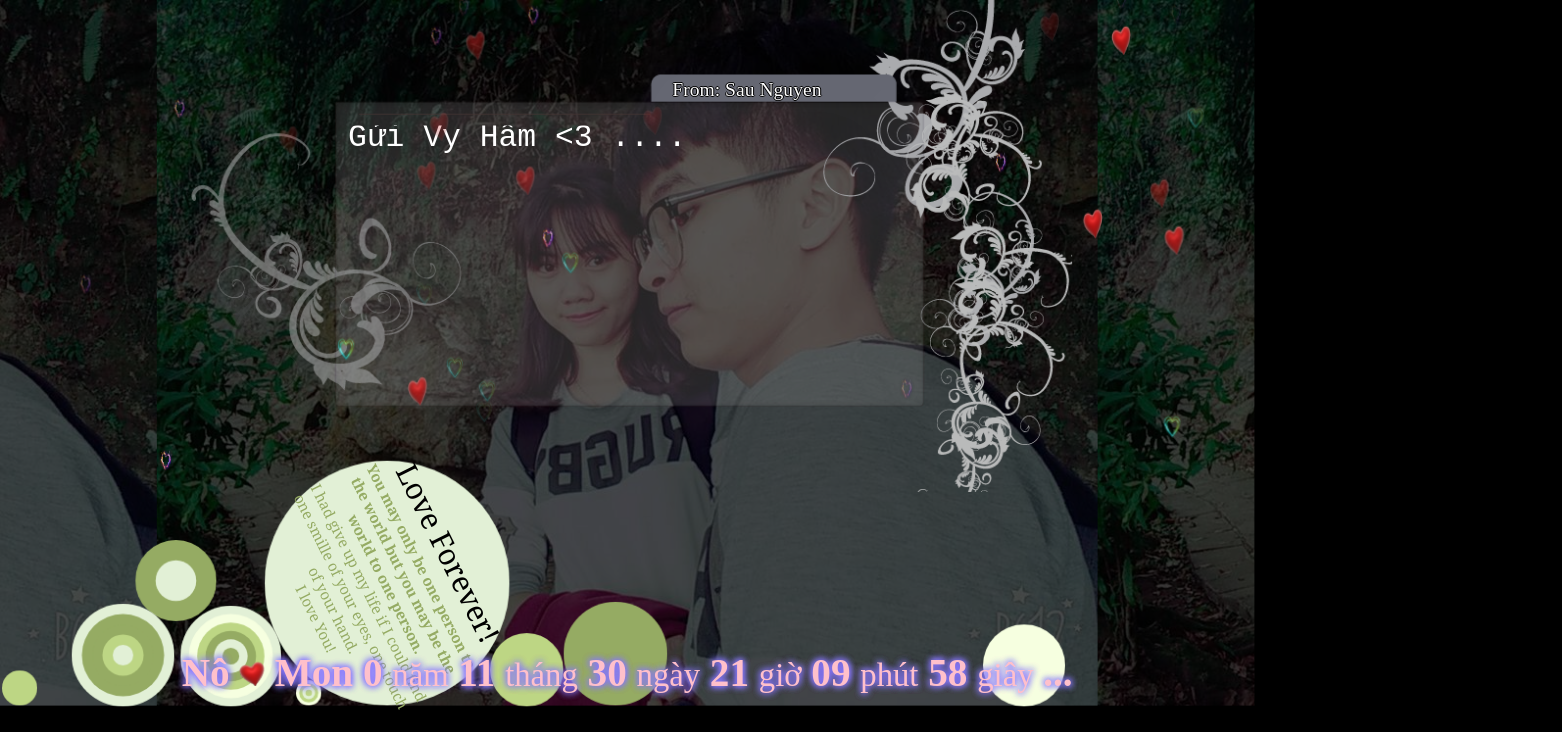
Repository: saunptit97/hpbdmon
Page: index.html
These files come from the project's save history. The page is drawn as it stood at one moment and after the next save; the edit follows.
The browser window is 1280 px wide. The page is 1594 px wide, so the pictures cover 1594 px, including what lies to the right of the window. The pictures show the whole page, at 98% of full size.

Above is the page before, as saved 2022-11-12 20:34:48.
Console error: TypeError: $(...).play is not a function

After the next save:
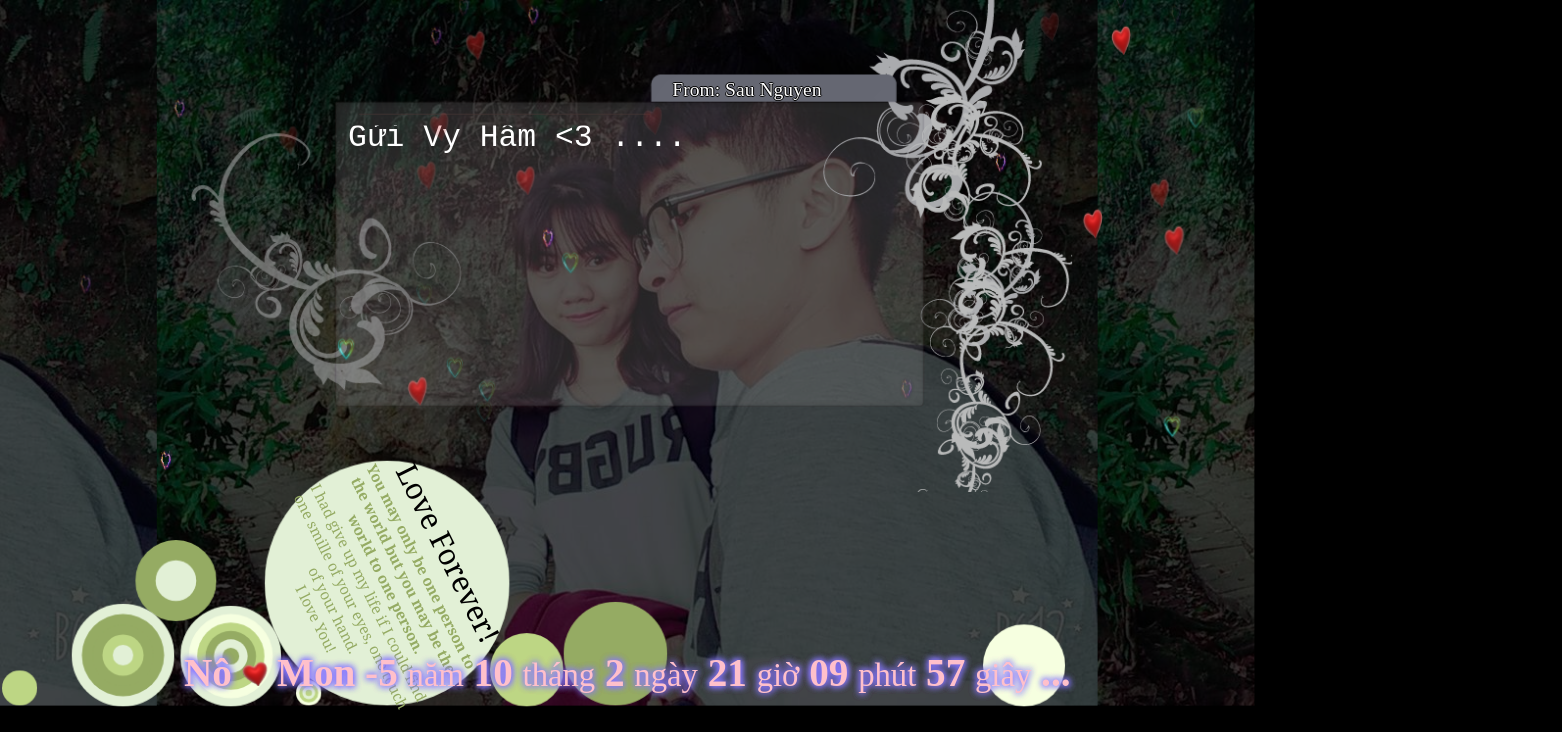
Saved 57 s later.
--- a/index.html
+++ b/index.html
@@ -98,7 +98,7 @@
         <img src="heartr.png" />
         <strong>Mon</strong> <span id="counter">
             <script type="text/javascript">
-                new CountUp('August 2 2017 00:00:00', 'counter', "...  ");
+                new CountUp('September 30 2022 00:00:00', 'counter', "...  ");
             </script>
         </span>
     </div>
